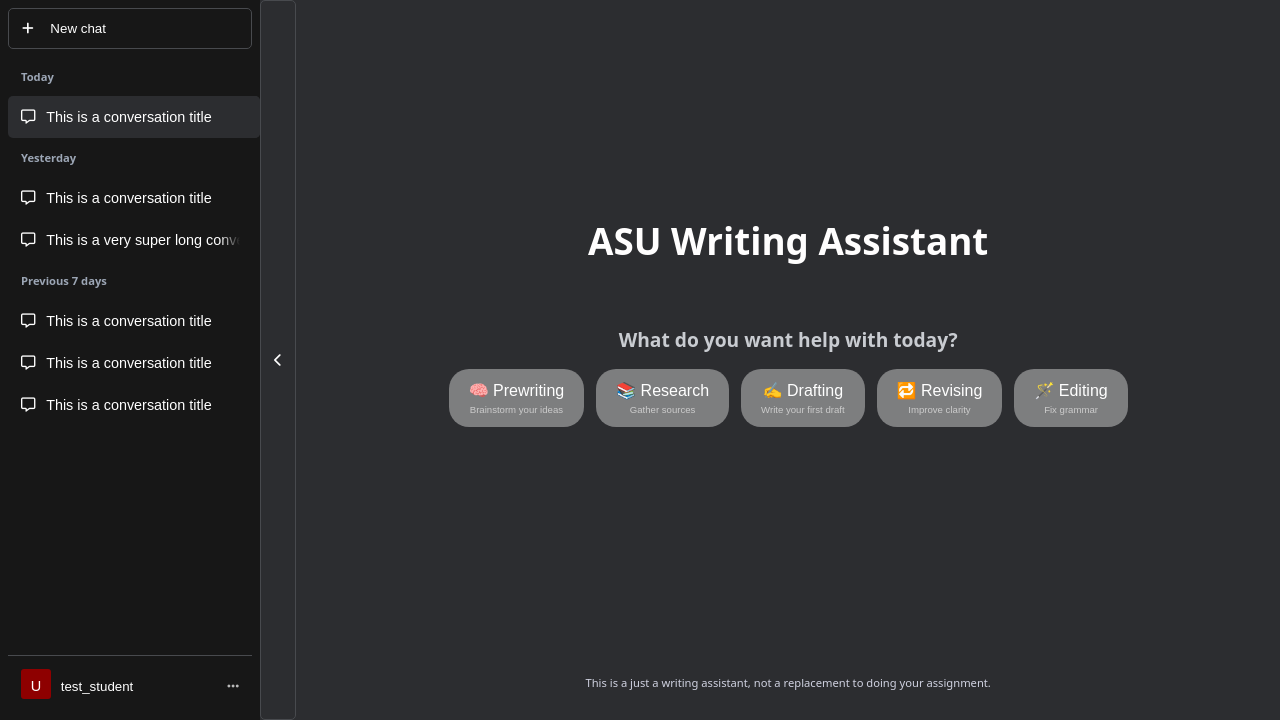
Repository: nysajain/asu-ai-writing-assistant
Page: frontend/index.html
These files come from the project's save history. The page is drawn as it stood at one moment and after the next save; the edit follows.
The browser window is 1280 px wide. The pictures show the whole page.

Above is the page before, as saved 2025-04-21 15:15:09.

After the next save:
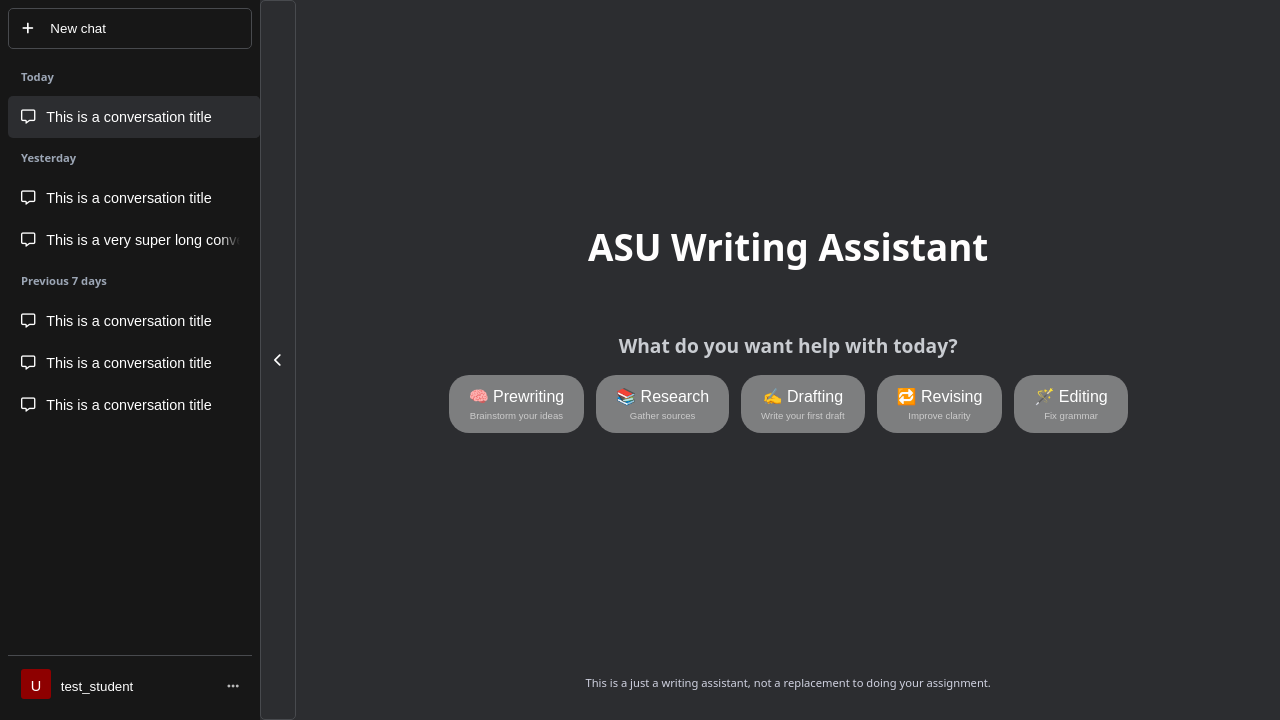
Saved 6 s later.
--- a/frontend/style.css
+++ b/frontend/style.css
@@ -462,6 +462,7 @@
 }
 
 .disclaimer {
+    position: fixed
     margin-top: 12px;
     color: var(--color-disclaimer);
     font-size: 0.7em;
